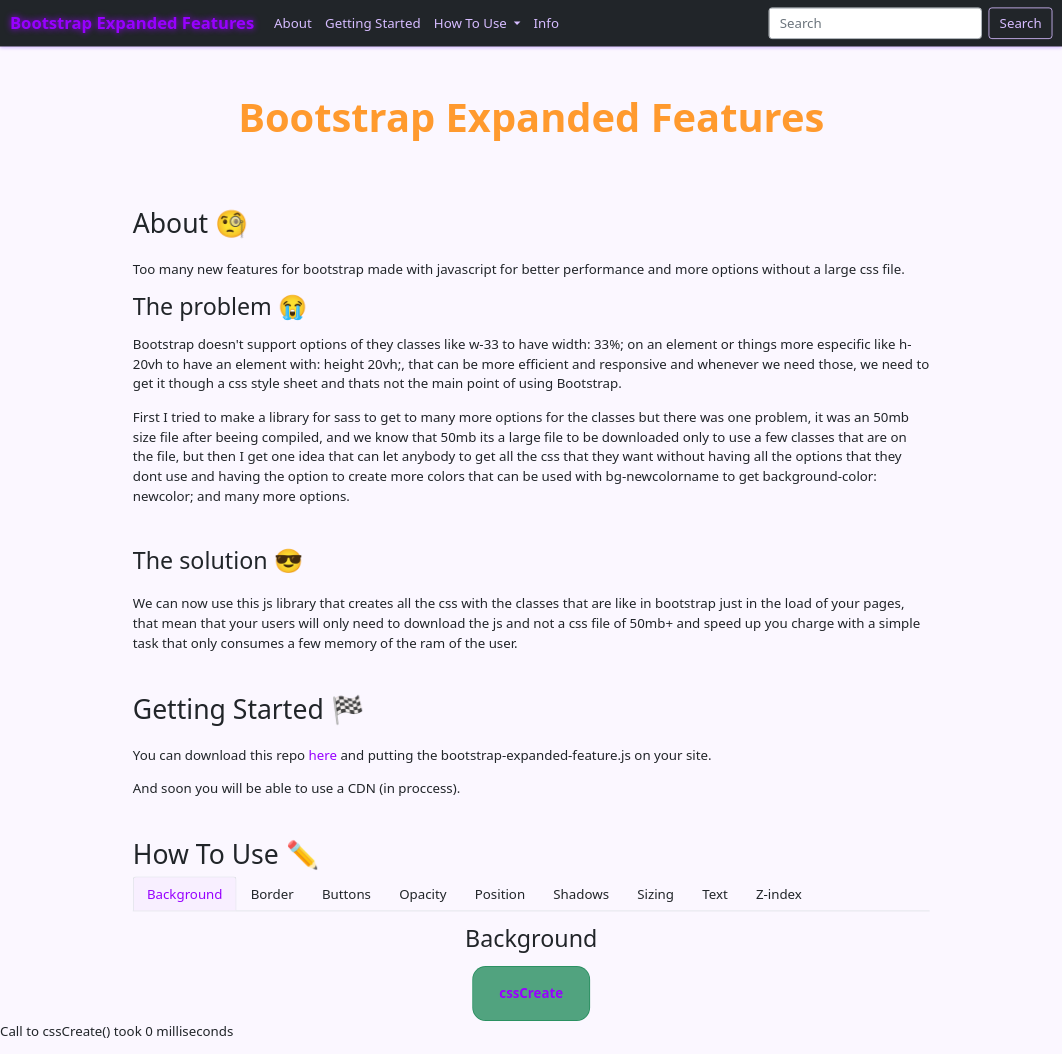
Repository: LynxPardelle/bootstrap-expanded-features
Page: index.html
An editor plug-in stored every save of this project. The page is shown before and after the next save, followed by the edit.
The browser window is 1280 px wide. The pictures show the whole page, at 83% of full size.

Above is the page before, as saved 2022-01-02 04:56:28.

After the next save:
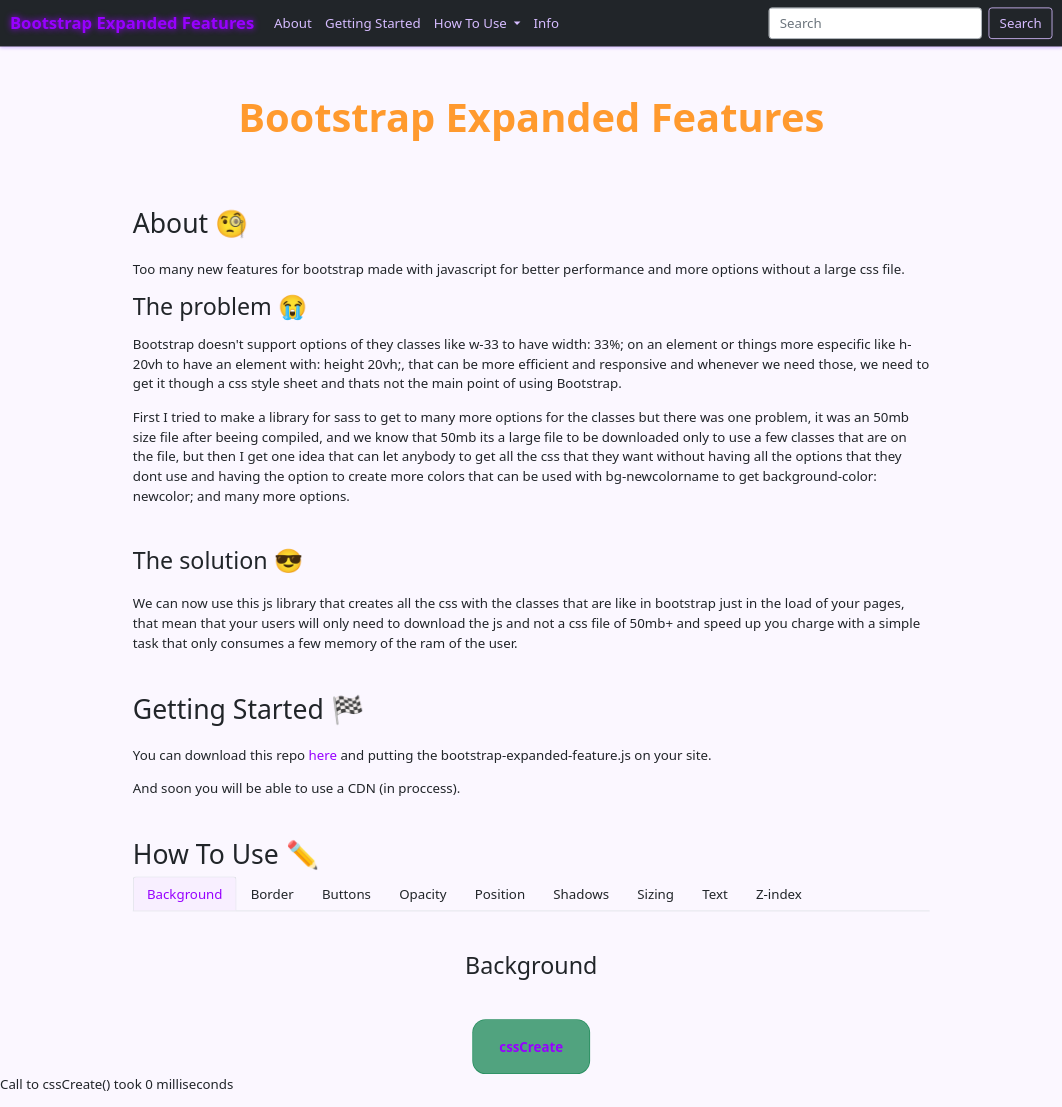
Saved 5 s later.
--- a/index.html
+++ b/index.html
@@ -351,7 +351,7 @@
             </nav>
             <div class="tab-content" id="nav-tabContent">
               <div
-                class="tab-pane fade show active my-3"
+                class="tab-pane fade show active my-5"
                 id="nav-background"
                 role="tabpanel"
                 aria-labelledby="nav-background-tab"
